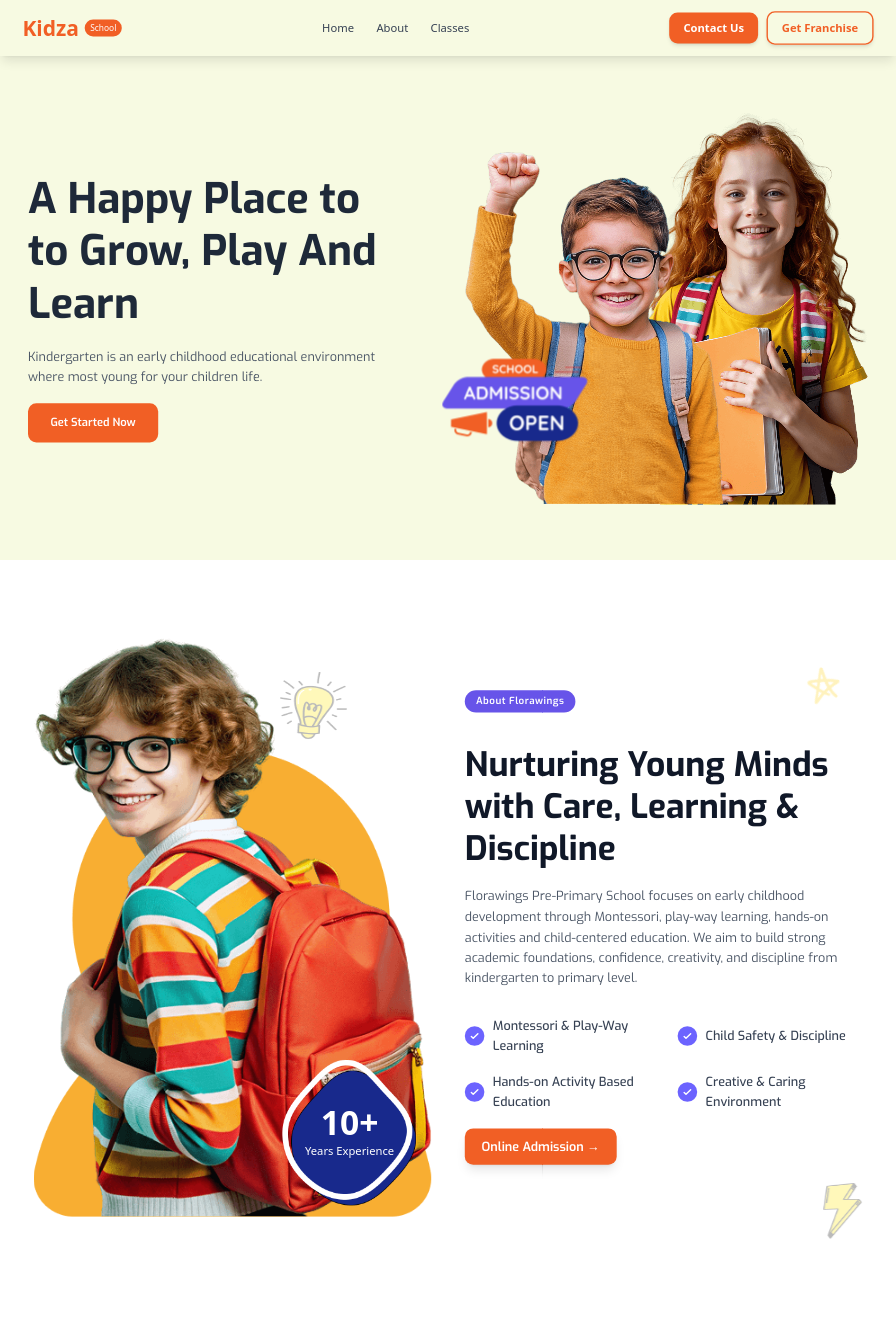
Repository: deepak445566/school
Page: / (app in okwork/)
An editor plug-in stored every save of this project. The page is shown before and after the next save, followed by the edit.
The browser window is 1280 px wide. The pictures show the part of the page from y = 0 to 1920 px (the page is 5588 px tall), at 70% of full size.
Some web fonts or font styles are not loaded; a fallback is used. The project was rebuilt for these pictures with package versions that can differ from the ones it lists, and the page was loaded fresh each time. Some packages were replaced by stand-ins written for this rebuild. Also part of the build but not shown: okwork/vite.config.js.

Above is the page before, as saved 2026-02-19 08:13:51.

After the next save:
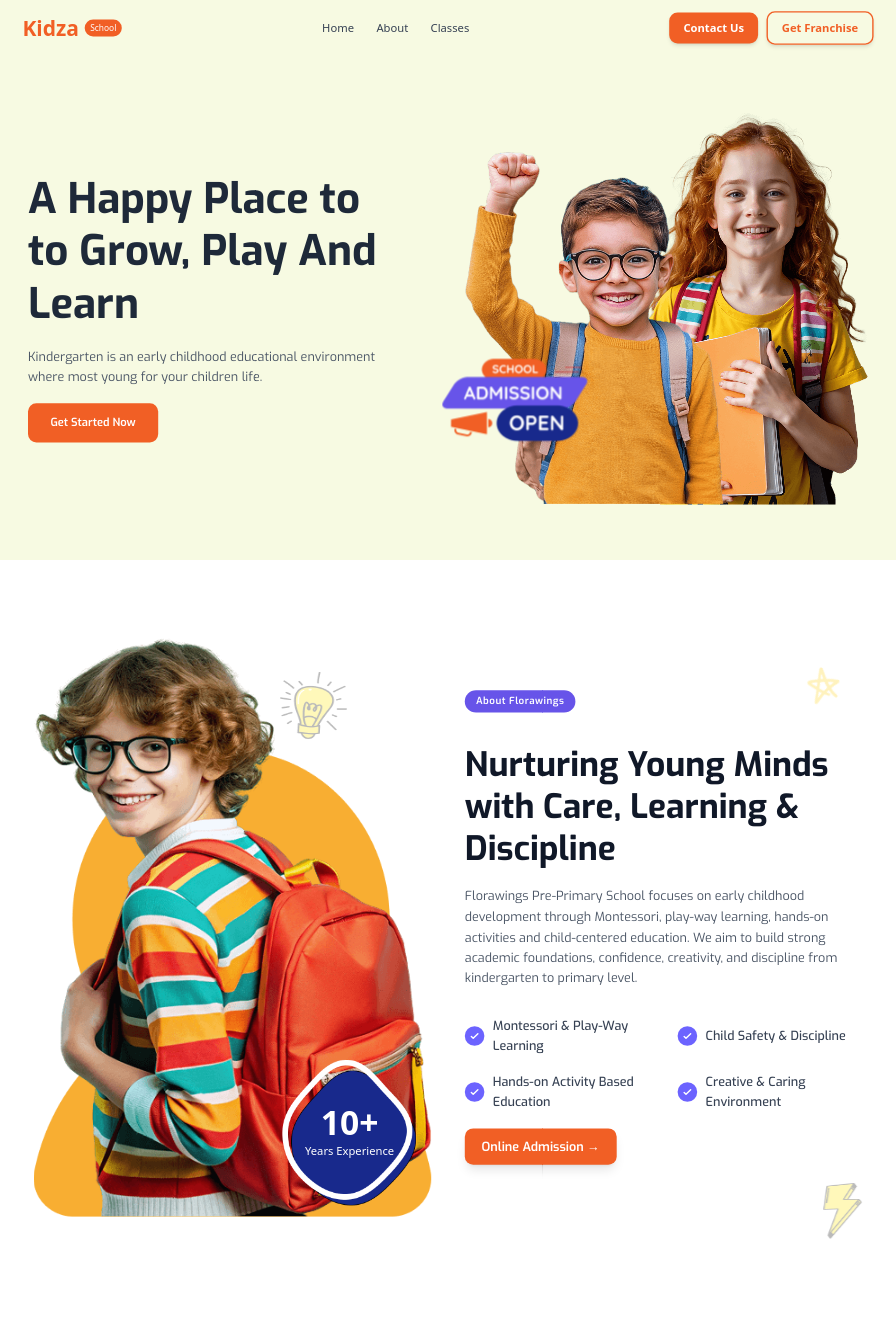
Saved 8 s later.
--- a/okwork/src/components/Navbar.jsx
+++ b/okwork/src/components/Navbar.jsx
@@ -4,7 +4,7 @@ const Navbar = () => {
   const [isOpen, setIsOpen] = useState(false);
 
   return (
-    <nav className="bg-[#F7FAE2] shadow-lg sticky top-0 z-50">
+    <nav className="bg-[#F7FAE2]  sticky top-0 z-50">
       <div className="max-w-7xl mx-auto px-4 sm:px-6 lg:px-8">
         <div className="flex justify-between items-center h-16 md:h-20">
 
